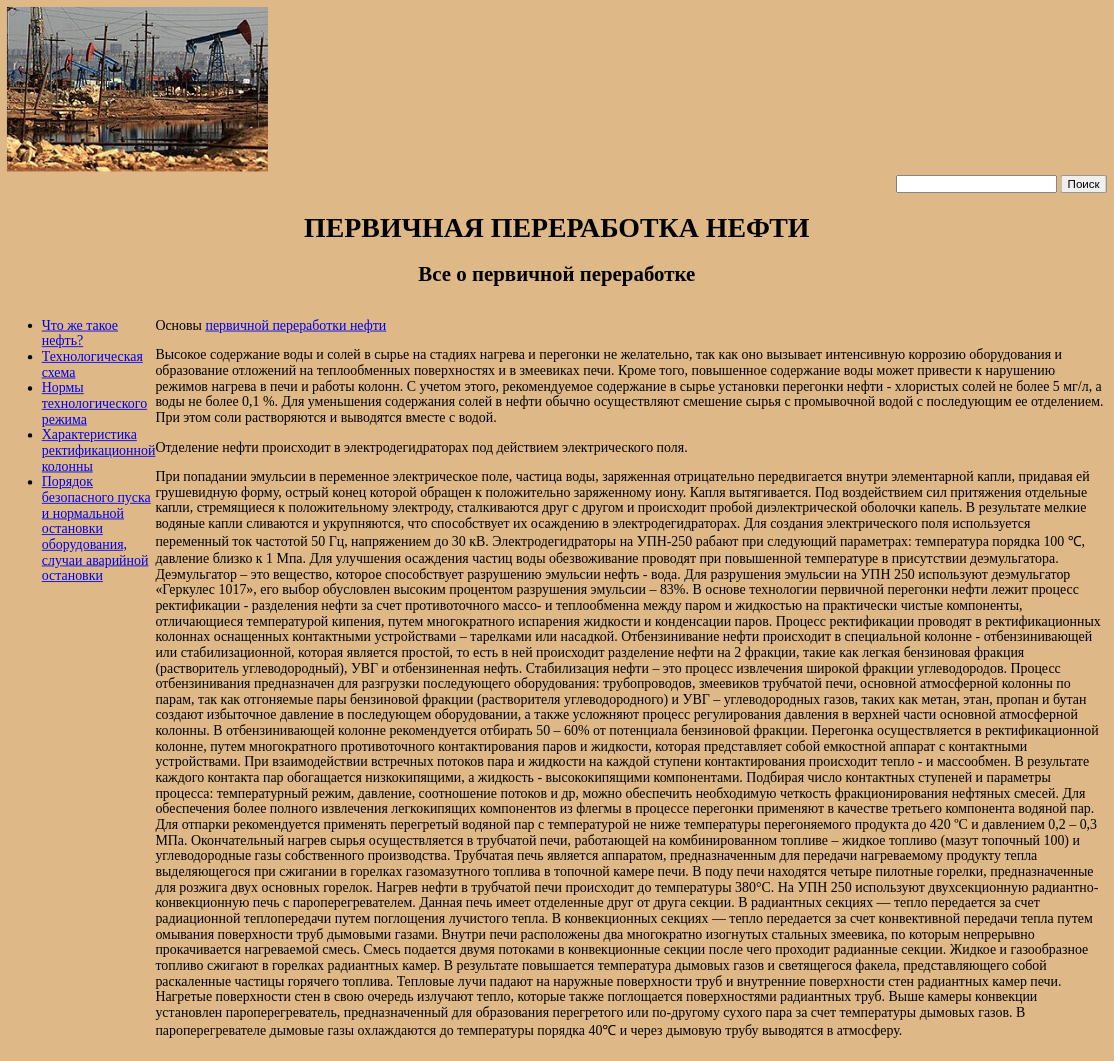
Repository: NastyaSeleznev/NastyaSeleznev.githab.io
Page: week1/index.html
The author's editor kept a record of every edit. The page is drawn from the files as they stood at one moment, then again after the next edit.
The browser window is 1280 px wide. The pictures show the whole page, at 87% of full size.

Above is the page before.

After the next edit:
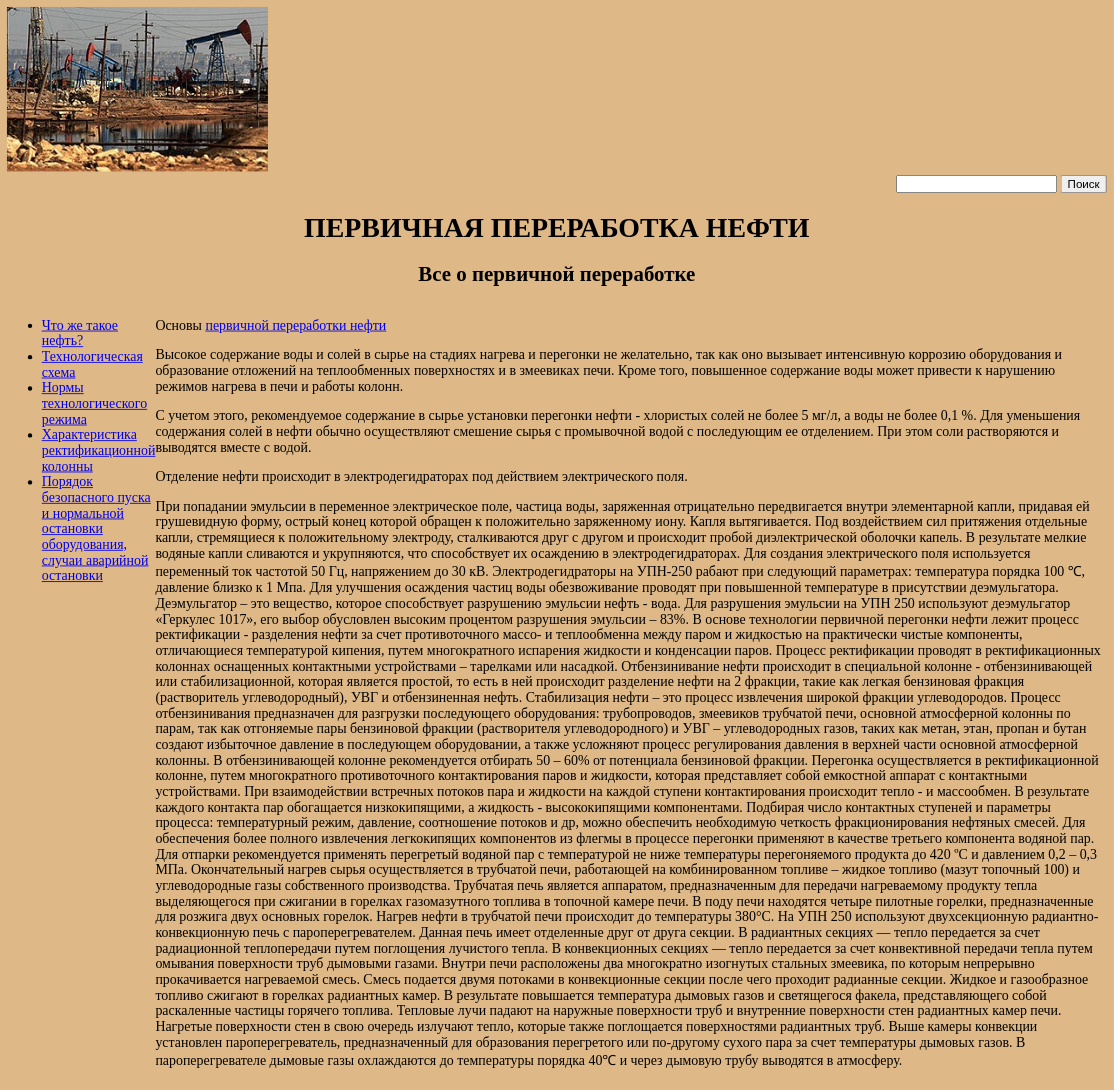
The edit:
--- a/week1/index.html
+++ b/week1/index.html
@@ -27,8 +27,8 @@
 	</nav>
 				<main>
 			<p>Основы <a href="https://ds03.infourok.ru/uploads/ex/0b51/000527e8-bca75ad9/640/img19.jpg">первичной переработки нефти</a></p>
-			Высокое содержание воды и солей в сырье на стадиях нагрева и перегонки не желательно, так как оно вызывает интенсивную коррозию оборудования и образование отложений на теплообменных поверхностях и в змеевиках печи. Кроме того, повышенное  содержание воды может  привести к нарушению режимов нагрева в печи  и работы колонн.
-С учетом этого, рекомендуемое содержание в сырье установки перегонки нефти - хлористых солей не более 5 мг/л,  а воды не более 0,1 %.
+			<p>Высокое содержание воды и солей в сырье на стадиях нагрева и перегонки не желательно, так как оно вызывает интенсивную коррозию оборудования и образование отложений на теплообменных поверхностях и в змеевиках печи. Кроме того, повышенное  содержание воды может  привести к нарушению режимов нагрева в печи  и работы колонн.
+<p>С учетом этого, рекомендуемое содержание в сырье установки перегонки нефти - хлористых солей не более 5 мг/л,  а воды не более 0,1 %.
 Для уменьшения содержания солей в нефти обычно осуществляют смешение сырья с промывочной водой с последующим ее отделением.
 При этом соли растворяются и выводятся вместе с водой.
 <p>Отделение нефти происходит в электродегидраторах под действием электрического поля.
